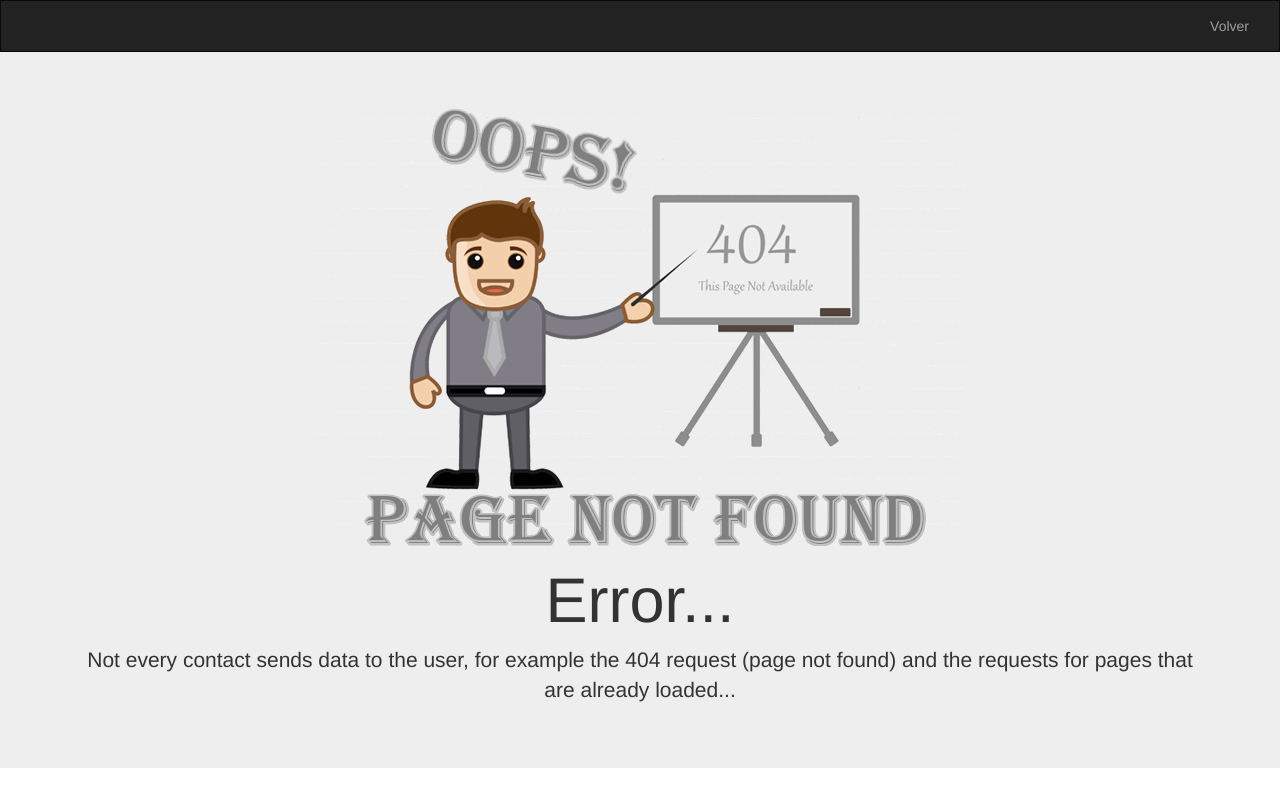
Repository: MariaService/Springboot
Page: http://localhost/404
An editor plug-in stored every save of this project. The page is shown before and after the next save, followed by the edit.
The browser window is 1280 px wide. The pictures show the whole page.
The page is this project's Thymeleaf template; nobody is signed in. The template is opened directly, without the code that normally fills it, so the values that code supplies are empty.

Above is the page before, as saved 2017-08-21 05:51:38.

### backenninja/backenninja/src/main/resources/templates/404.html
<!DOCTYPE html>
<html lang="en">
<head>
  <title>Backend Ninja</title>
 <meta charset="UTF-8"/>
  <meta name="viewport" content="width=device-width, initial-scale=1"/>
  <link rel="stylesheet" href="https://maxcdn.bootstrapcdn.com/bootstrap/3.3.7/css/bootstrap.min.css"/>
  <script src="https://ajax.googleapis.com/ajax/libs/jquery/1.12.4/jquery.min.js"></script>
  <script src="https://maxcdn.bootstrapcdn.com/bootstrap/3.3.7/js/bootstrap.min.js"></script>
  <style>
    /* Remove the navbar's default margin-bottom and rounded borders */
    .navbar {
      margin-bottom: 0;
      border-radius: 0;
    }

    /* Add a gray background color and some padding to the footer */
    footer {
      background-color: #f2f2f2;
      padding: 25px;
    }
  </style>
</head>
<body>

<nav class="navbar navbar-inverse">
  <div class="container-fluid">
    <div class="navbar-header">
      <button type="button" class="navbar-toggle" data-toggle="collapse" data-target="#myNavbar">
        <span class="icon-bar"></span>
        <span class="icon-bar"></span>
        <span class="icon-bar"></span>
      </button>
      <a class="navbar-brand" href="#"></a>
    </div>
    <div class="collapse navbar-collapse" id="myNavbar">

      <ul class="nav navbar-nav navbar-right">
        <li><a href="#"></span>Volver</a></li>
      </ul>
    </div>
  </div>
</nav>

<div class="jumbotron">
  <div class="container text-center">
  <img src="../static/imgs/2.png">
    <h1>Error...</h1>
    <p>Not every contact sends data to the user, for example the 404 request (page not found) and the requests for pages that are already loaded...</p>
  </div>
</div>



</body>
</html>

After the next save:
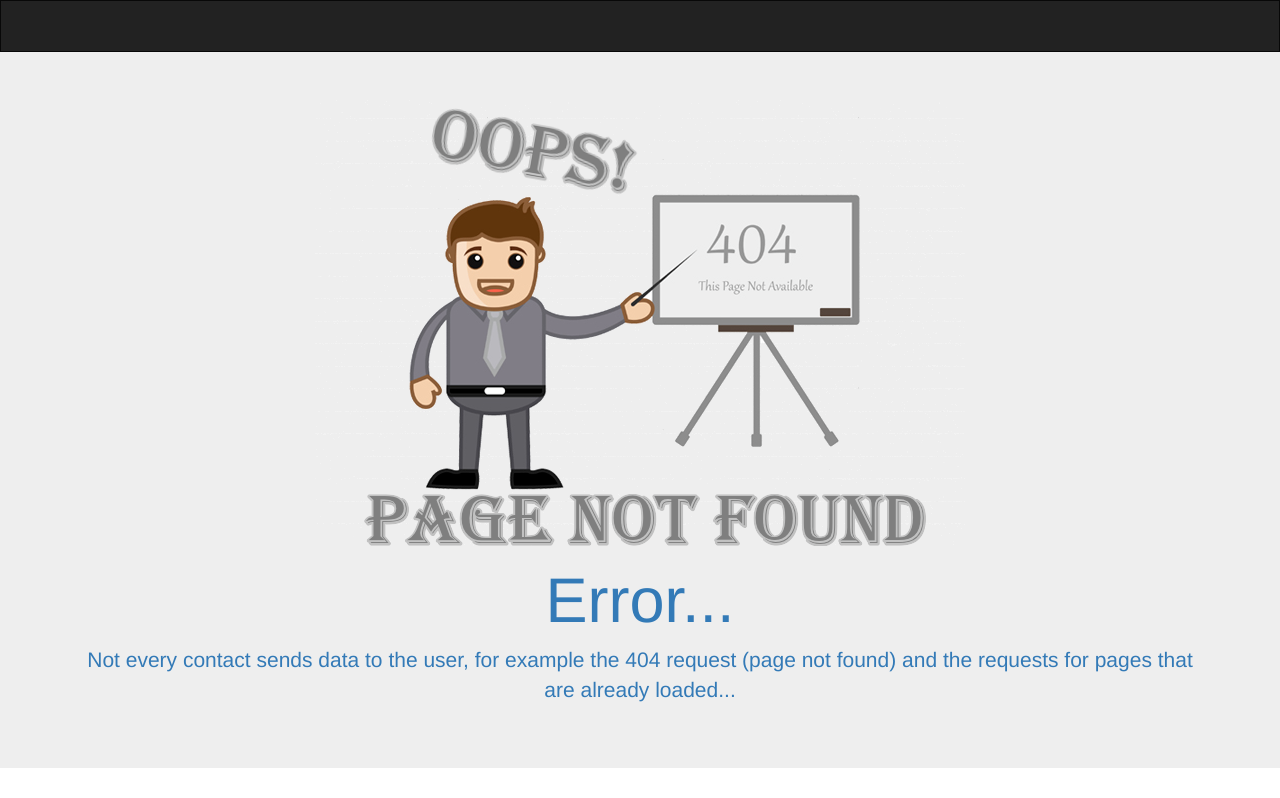
Saved 4 min 19 s later.
--- a/backenninja/backenninja/src/main/resources/templates/404.html
+++ b/backenninja/backenninja/src/main/resources/templates/404.html
@@ -36,7 +36,7 @@
     <div class="collapse navbar-collapse" id="myNavbar">
 
       <ul class="nav navbar-nav navbar-right">
-        <li><a href="#"></span>Volver</a></li>
+        <li><a href="#"/></li>
       </ul>
     </div>
   </div>

After the save that followed:
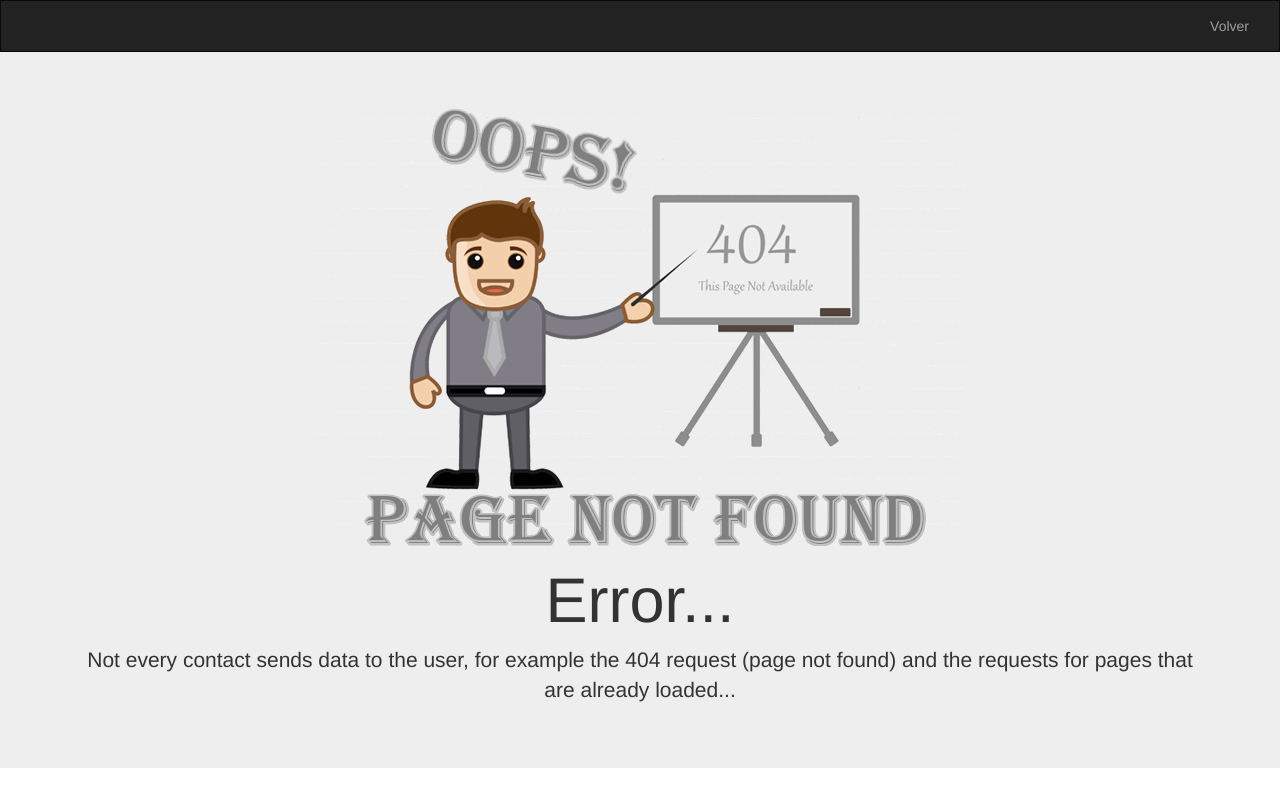
Saved 21 s later.
--- a/backenninja/backenninja/src/main/resources/templates/404.html
+++ b/backenninja/backenninja/src/main/resources/templates/404.html
@@ -36,7 +36,7 @@
     <div class="collapse navbar-collapse" id="myNavbar">
 
       <ul class="nav navbar-nav navbar-right">
-        <li><a href="#"/></li>
+        <li><a href="#">Volver</a></li>
       </ul>
     </div>
   </div>
